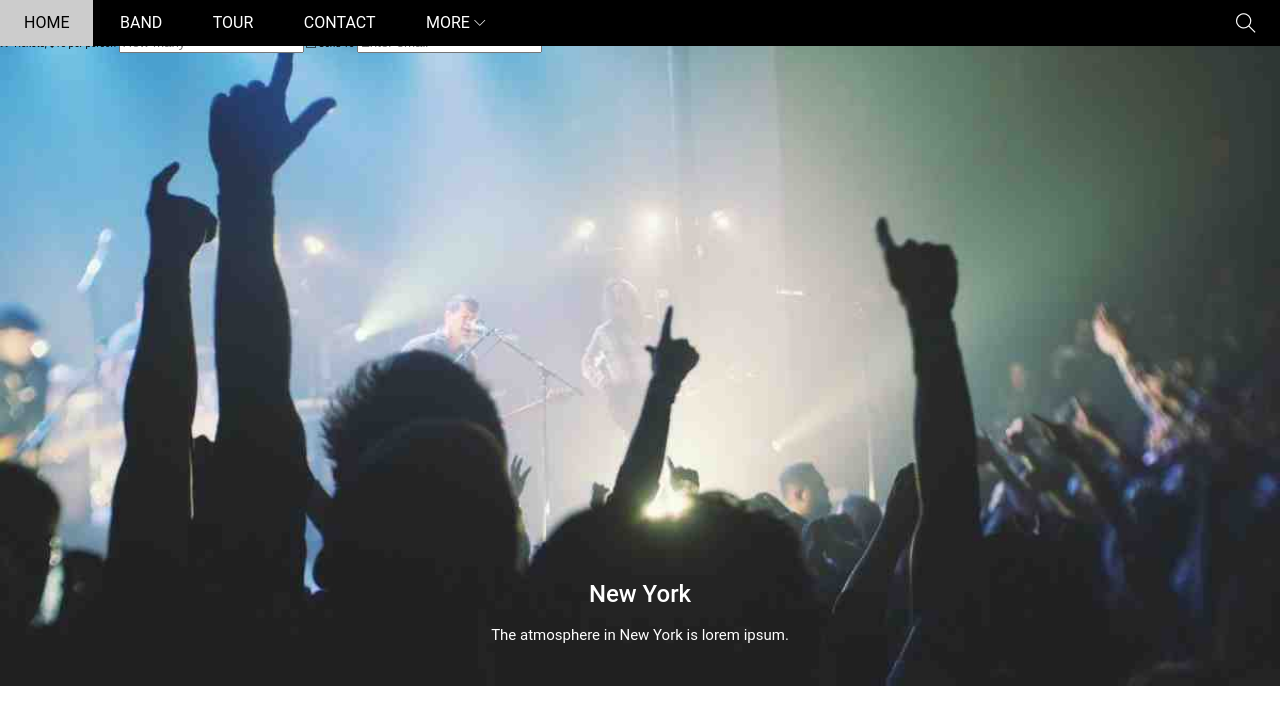
Repository: vuongld315/myLandingPage
Page: index.html
These files come from the project's save history. The page is drawn as it stood at one moment and after a run of saves; the edit follows.
The browser window is 1280 px wide. The pictures show the window.
A layer covers the whole window, so only the first screen is drawn.

Above is the page before, as saved 2022-07-27 11:21:27.

After the next 4 saves:
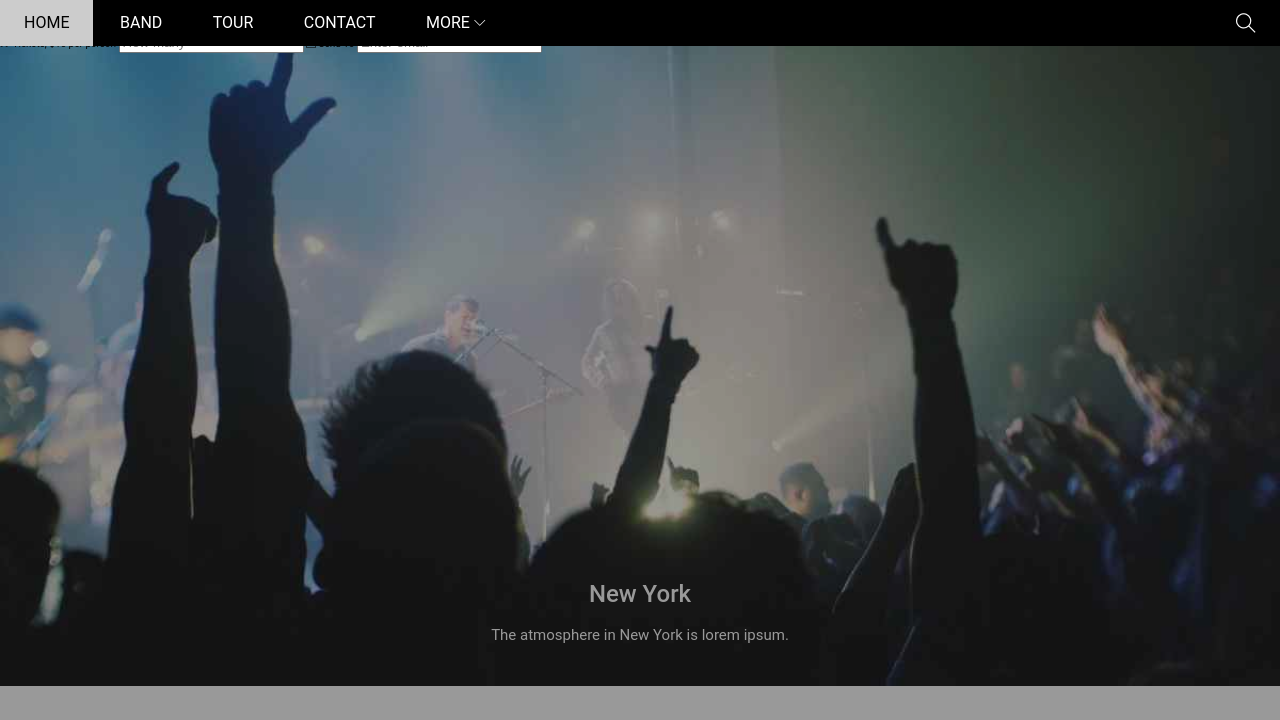
The 4 saves are shown as one change because they came seconds apart.
The last was saved 36 s later.
--- a/assets/css/main.css
+++ b/assets/css/main.css
@@ -271,6 +271,7 @@ body    {
     left: 0;
     bottom: 0;
     right: 0;
+    background-color: rgba(0 ,0 ,0 , .4);
 }
 
 
